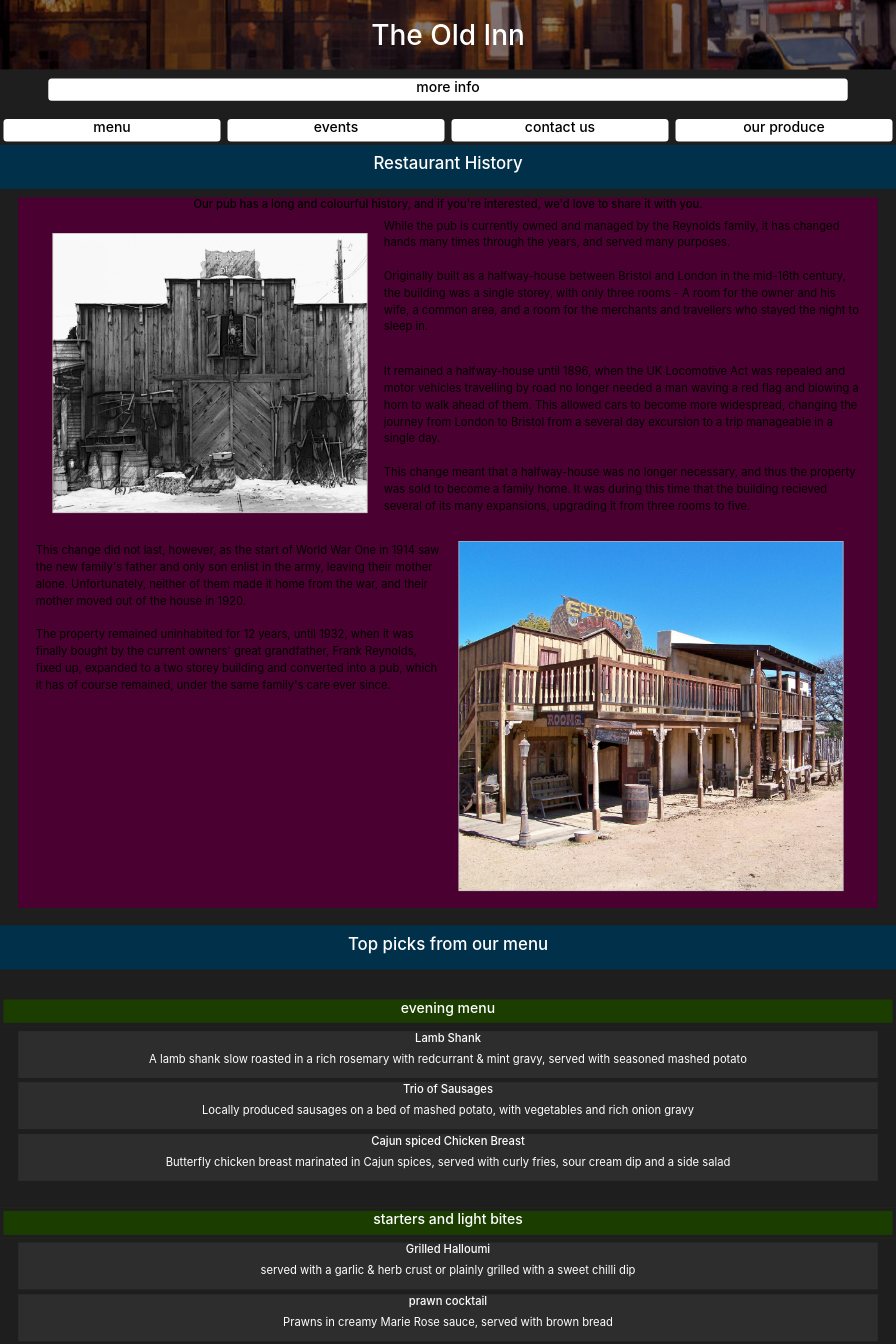
Repository: Code-Institute-Submissions/JamesLStudent-Milestone_One
Page: index.html
The author's editor kept a record of every edit. The page is drawn from the files as they stood at one moment, then again after the next edit.
The browser window is 1280 px wide. The pictures show the part of the page from y = 0 to 1920 px (the page is 3630 px tall before and 720 px after), at 70% of full size.

Above is the page before.
Console error: TypeError: Cannot read properties of undefined (reading 'fn')

### index.html
<!DOCTYPE html>
<html lang="en">

<head>
    <meta charset="UTF-8">
    <meta name="viewport" content="width=device-width, initial-scale=1.0">
    <meta http-equiv="X-UA-Compatible" content="ie=edge">
    <title>Welcome to The Old Inn</title>
    <link href="Assets/main.css" rel="stylesheet" type="text/css" />
    <link rel="stylesheet" href="https://stackpath.bootstrapcdn.com/bootstrap/4.3.1/css/bootstrap.min.css" integrity="sha384-ggOyR0iXCbMQv3Xipma34MD+dH/1fQ784/j6cY/iJTQUOhcWr7x9JvoRxT2MZw1T" crossorigin="anonymous">
    <script src="https://stackpath.bootstrapcdn.com/bootstrap/4.3.1/js/bootstrap.min.js" integrity="sha384-JjSmVgyd0p3pXB1rRibZUAYoIIy6OrQ6VrjIEaFf/nJGzIxFDsf4x0xIM+B07jRM" crossorigin="anonymous"></script>
</head>

<body class="bg">
    <div class="index-h1-background">
        <h1>The Old Inn</h1>
    </div>

    <input id="check01" type="checkbox" name="menu" />
    <label class="black-text navigation-menu" for="check01"><h5>more info</h5></label>
    <ul class="submenu">
        <li>
            <a href="menu.html">
                <div class="col-6 col-md-12 col-lg-3 navigation-item black-text">
                    <h5>menu</h5>
                </div>
            </a>
            <a href="events.html">
                <div class="col-6 col-md-12 col-lg-3 navigation-item black-text">
                    <h5>events</h5>
                </div>
            </a>
            <a href="contacts.html">
                <div class="col-12 col-md-12 col-lg-3 navigation-item black-text">
                    <h5>contact us</h5>
                </div>
            </a>
            <a href="produce.html">
                <div class="col-12 col-md-12 col-lg-3 navigation-item black-text">
                    <h5>our produce</h5>
                </div>
            </a>
        </li>
    </ul>
    <div class="desktop-nav">
        <a href="menu.html">
            <div class="col-6 col-md-12 col-lg-3 navigation-item black-text">
                <h5>menu</h5>
            </div>
        </a>
        <a href="events.html">
            <div class="col-6 col-md-12 col-lg-3 navigation-item black-text">
                <h5>events</h5>
            </div>
        </a>
        <a href="contacts.html">
            <div class="col-12 col-md-12 col-lg-3 navigation-item black-text">
                <h5>contact us</h5>
            </div>
        </a>
        <a href="produce.html">
            <div class="col-12 col-md-12 col-lg-3 navigation-item black-text">
                <h5>our produce</h5>
            </div>
        </a>
    </div>

    <div class="centerer">
        <div class="subtitle no-margin">
            <h4>Restaurant History</h4>
        </div>
        <div class="history">
            <h6 class="black-text">Our pub has a long and colourful history, and if you're interested, we'd love to share it with you.</h6>
            <div>
                <img class="history-img-one" />
                <p class="black-text left-align">
                    While the pub is currently owned and managed by the Reynolds family, it has changed hands many times through the years, and served many purposes.</br>
                    </br>
                    Originally built as a halfway-house between Bristol and London in the mid-16th century, the building was a single storey, with only three rooms - A room for the owner and his wife, a common area, and a room for the merchants and travellers who stayed
                    the night to sleep in.
                    </br>
                </p>
            </div>
            <p class="black-text left-align">
                </br>
                It remained a halfway-house until 1896, when the UK Locomotive Act was repealed and motor vehicles travelling by road no longer needed a man waving a red flag and blowing a horn to walk ahead of them. This allowed cars to become more widespread, changing
                the journey from London to Bristol from a several day excursion to a trip manageable in a single day.</br>
                </br>This change meant that a halfway-house was no longer necessary, and thus the property was sold to become a family home. It was during this time that the building recieved several of its many expansions, upgrading it from three rooms to
                five.
            </p>
            <img class="history-img-two" />
            <p class="black-text left-align">
                </br>This change did not last, however, as the start of World War One in 1914 saw the new family's father and only son enlist in the army, leaving their mother alone. Unfortunately, neither of them made it home from the war, and their mother
                moved out of the house in 1920.</br>
                </br>
                The property remained uninhabited for 12 years, until 1932, when it was finally bought by the current owners' great grandfather, Frank Reynolds, fixed up, expanded to a two storey building and converted into a pub, which it has of course remained, under
                the same family's care ever since.
            </p>
        </div>
        <div class="spacer"></div>
        <div class="subtitle">
            <h4>Top picks from our menu</h4>
        </div>
        <div class="title-link">
            <a class="no-deco" href="menu.html#evening">
                <h5 class="white-text">
                    evening menu
                </h5>
            </a>
        </div>
        <div class="alt-link">
            <h6>
                Lamb Shank
            </h6>
            <p>
                A lamb shank slow roasted in a rich rosemary with redcurrant & mint gravy, served with seasoned mashed potato
            </p>
        </div>
        <div class="alt-link">
            <h6>
                Trio of Sausages
            </h6>
            <p>
                Locally produced sausages on a bed of mashed potato, with vegetables and rich onion gravy
            </p>
        </div>
        <div class="alt-link">
            <h6>
                Cajun spiced Chicken Breast
            </h6>
            <p>
                Butterfly chicken breast marinated in Cajun spices, served with curly fries, sour cream dip and a side salad
            </p>
        </div>
        <div class="title-link">
            <a class="no-deco" href="menu.html#starters">
                <h5 class="white-text">
                    starters and light bites
                </h5>
            </a>
        </div>
        <div class="alt-link">
            <h6>
                Grilled Halloumi
            </h6>
            <p>
                served with a garlic & herb crust or plainly grilled with a sweet chilli dip
            </p>
        </div>
        <div class="alt-link">
            <h6>
                prawn cocktail
            </h6>
            <p>
                Prawns in creamy Marie Rose sauce, served with brown bread
            </p>
        </div>
        <div class="alt-link">
            <h6>
                grilled halloumi
            </h6>
            <p>
                served with a garlic & herb crust or plainly grilled with a sweet chilli dip
            </p>
        </div>
        <div class="title-link">
            <a class="no-deco" href="menu.html#sunday">
                <h5 class="white-text">
                    sunday menu
                </h5>
            </a>
        </div>
        <div class="alt-link">
            <h6>
                Roast Beef
            </h6>
            <p>
                Served with carrots, green beans, peas and broccoli, with or without beef gravy
            </p>
        </div>
        <div class="alt-link">
            <h6>
                Roast Chicken
            </h6>
            <p>
                Served with carrots, green beans, peas and broccoli, with or without chicken gravy
            </p>
        </div>
        <div class="alt-link">
            <h6>
                Roast Lamb
            </h6>
            <p>
                Served with carrots, green beans, peas and broccoli, with or without redcurrant and mint gravy
            </p>
        </div>
        <div class="title-link">
            <a class="no-deco" href="menu.html#vegan">
                <h5 class="white-text">
                    vegan/vegetarian options
                </h5>
            </a>
        </div>
        <div class="alt-link">
            <h6>
                Mixed Bean Chilli
            </h6>
            <p>
                Served with rice, salad, sour cream & tortilla chips
            </p>
        </div>
        <div class="alt-link">
            <h6>
                Roast Vegetable Wraps
            </h6>
            <p>
                Two flour tortillas filled with roasted vegetables in a fresh leek sauce, served with curly fries and optionally topped with melted stilton and served with sour cream
            </p>
        </div>
        <div class="alt-link">
            <h6>
                Old Inn Sweet Potato Burger
            </h6>
            <p>
                In a Brioche Bun on a bed of gem lettuce & tomato, served with chips, onion rings, side salad and tomato relish, melted mozarella is optional</div>
        </p>
        <div class="title-link">
            <a class="no-deco" href="menu.html#specials">
                <h5 class="white-text">
                    specials this week
                </h5>
            </a>
        </div>
        <div class="alt-link">
            <h6>
                Chicken Breast Stuffed with Tomato and Mozarella
            </h6>
            <p>
                Served with a warm basil dressing, ratatouille & new
            </p>
        </div>
        <div class="alt-link">
            <h6>
                Deep Fried Garlic Cauliflower Balls
            </h6>
            <p>
                Served with garlic parsley vegan mayo
            </p>
        </div>
        <div class="alt-link">
            <h6>
                Wild Mushroom, Leek & Parmesan Risotto
            </h6>
        </div>
        <div class="title-link">
            <a class="no-deco" href="menu.html#drinks">
                <h5 class="white-text">
                    drinks
                </h5>
            </a>
        </div>
        <div class="alt-link">
            <h6>
                Punk IPA
            </h6>
            <p>
                Light gold in colour, a perfect match for spicy food or an excellent compliment to a blue cheese
            </p>
        </div>
        <div class="alt-link">
            <h6>
                Doombar bitter
            </h6>
            <p>
                A creamy, nutty malt with a dry finish.
            </p>
        </div>
        <div class="alt-link">
            <h6>
                Gem amber ale
            </h6>
            <p>
                A creamy, nutty malt with a dry finish
            </p>
        </div>
        <footer>
            <div class="footer">
                <div class="col-12 footer-div text-muted">
                    <h5>contact</h5>
                </div>
                <div class="col-12 col-md-6 col-lg-8 left footer-div text-muted left-align">
                    <h6>opening times</h6>
                    <p class="left-align">
                        </br>
                        Mon - Thu: 11:00 - 23:00</br>
                        Fri - Sat: 11:00 - 00:00</br>
                        Sun: 12:00 - 22:30</br>
                        </br>
                    </p>
                    <h6>food served</h6>
                    <p class="left-align">
                        </br>
                        Mon - Fri: 12:00 - 14:30, 17:00 - 21:00</br>
                        Sat: 12:00 - 21:00</br>
                        Sun: 12:00 - 15:00, 17:30 - 20:00</p>
                </div>
                <div class="col-12 col-md-6 col-lg-4 left footer-div text-muted left-align">
                    <h6>contact details</h6>
                    <p class="left-align">
                        </br>Fake Street, Coalpit Heath, Bristol, FA73 0NE</br>01454 123456</br>
                        info@oldinncoalpitheath.co.uk</p>
                    <h6>
                        </br>follow us</h6>
                    <p>
                        </br>facebook link</p>
                </div>
            </div>
        </footer>
    </div>
</body>

</html>

### Assets/main.css
/*----------------- STYLES APPEARING ON MULTIPLE PAGES -----------------*/

.bg {
    position: absolute;
    top: 0;
    left: 0;
    bottom: 0;
    right: 0;
    display: block;
    background-color: #1e1e1e;
}

h1 {
    text-align: center;
    min-height: 40px;
    height: auto;
    padding: 2% 0 2% 0;
    color: #FFFFFF;
    background: rgba(0, 0, 0, 0.5);
}

.subtitle {
    text-align: center;
    padding: 3% 0 3% 0;
    margin: 5% 0 0 0;
    display: inline-block;
    width: 100%;
    min-height: 15px;
    height: auto;
    background-color: #00304A;
    color: #FFFFFF;
}

.sub-box {
    background-color: #1B3E00;
    height: auto;
    border: 5px solid #1e1e1e;
    line-height: 100%;
    margin-top: 3%;
    min-height: 6%;
    height: auto;
    color: #FFFFFF;
    text-decoration: none;
}

.black-text {
    color: black;
}

.white-text {
    color: #FFFFFF;
}

footer {
    min-height: 20%;
    height: auto;
    display: block;
    bottom: 0;
    position: relative;
}

.footer {
    display: inline-block;
    margin-top: 5%;
    width: 100%;
    min-height: 100%;
    height: auto;
    background-color: #141414;
}

.centerer {
    height: 100%;
    text-align: center;
}

.left {
    float: left;
}

.right {
    float: right;
}

.clear {
    padding: 0;
    margin: 0;
}

.footer-div {
    padding: 2%;
}

.left-align {
    text-align: left;
}

.inline {
    display: inline-block;
}

.no-deco {
    text-decoration: none;
}

.no-deco:hover {
    text-decoration: none;
}

/*----------------- MAIN NAV ITEM -----------------*/

ul {
    list-style: none;
    padding: 0;
}

.navigation-item {
    background-color: #FFFFFF;
    float: left;
    text-align: center;
    border-radius: 10px;
    border: 5px solid #1e1e1e;
}

.navigation-item:hover {
    text-decoration: none;
    background-color: #383838;
    color: #FFFFFF;
}

.navigation-menu {
    background-color: #FFFFFF;
    text-align: center;
    border-radius: 10px;
    border: 5px solid #1e1e1e;
    width: 90%;
    margin: 0 5% 0 5%;
}

.no-margin {
    margin-top: 0 !important;
}

.desktop-nav {
    display: none;
}

.navigation-menu:hover {
    text-decoration: none;
    background-color: #383838;
    color: #FFFFFF;
}

input {
    display: none;
}

ul.submenu {
    max-height: 0;
    overflow: hidden;
}

label {
    position: relative;
    display: block;
    cursor: pointer;
}

input:checked~ul.submenu {
    max-height: 300px;
}

/*----------------- HOMEPAGE STYLE -----------------*/

.history {
    margin: 5% 2% 0 2%;
    display: inline-block;
    text-align: center;
    width: 96%;
    min-height: 50%;
    height: auto;
    background-color: #4A0030;
    padding: 0 2% 0 2%;
}

.alt-link {
    margin: 1% 2% 0% 2%;
    display: inline-block;
    text-align: center;
    width: 96%;
    min-height: 5%;
    height: auto;
    background-color: #2D2D2D;
    color: #FFFFFF;
}

.title-link {
    background-color: #1B3E00;
    height: auto;
    border: 5px solid #1e1e1e;
    line-height: 100%;
    margin-top: 3%;
    min-height: 6%;
    color: #FFFFFF;
    text-decoration: none;
}

.title-link:hover {
    background-color: #1C3906;
    color: #FFFFFF;
    text-decoration: none;
}

.index-h1-background {
    background-image: url("./images/index-h1.jpg");
    background-position: center;
    background-repeat: no-repeat;
    background-size: cover;
    min-height: auto;
}

.history-img-one {
    background-image: url("./images/history-1.jpg");
    background-position: center;
    background-repeat: no-repeat;
    background-size: cover;
    height: 200px;
    width: 250px;
}

.history-img-two {
    background-image: url("./images/history-2.jpg");
    background-position: center;
    background-repeat: no-repeat;
    background-size: cover;
    height: 200px;
    width: 250px;
}

/*----------------- MENU STYLE -----------------*/

.small-link {
    line-height: 100%;
    display: inline-block;
    text-align: center;
    height: auto;
    background-color: #4A0030;
    border-radius: 10px;
    border: 5px solid #1e1e1e;
    color: #FFFFFF;
}

.small-link:hover {
    text-decoration: none;
    color: #FFFFFF;
    background-color: #320121;
}

.food {
    width: 30%;
    float: left;
    padding: 0;
}

.food-desc {
    width: 50%;
    float: left;
    border-left: 1px solid white;
    border-right: 1px solid white;
}

.food-cost {
    width: 20%;
    float: left;
}

.vert-align {
    position: relative;
    top: 50%;
    transform: translateY(-50%);
}

.menu-h1-background {
    background-image: url("./images/menu-h1.jpg");
    background-position: center;
    background-repeat: no-repeat;
    background-size: cover;
    min-height: auto;
}

/*----------------- EVENTS STYLE -----------------*/

.img-text {
    background-color: #304A00;
    height: auto;
    border-bottom: 5px solid #1e1e1e;
    border-right: 5px solid #1e1e1e;
    border-left: 5px solid #1e1e1e;
    line-height: 100%;
}

.image {
    height: auto;
    width: 96%;
    margin: 2% 2% 0 2%;
    background-color: #FFFFFF;
    overflow: hidden;
}

.spacer {
    margin-top: 5%;
}

.events-h1-background {
    background-image: url("./images/events-h1.jpg");
    background-position: center;
    background-repeat: no-repeat;
    background-size: cover;
    min-height: auto;
}

.moth-day {
    background-image: url("./images/moth-day.jpg");
}

.fath-day {
    background-image: url("./images/fath-day.jpg");
}

.christmas {
    background-image: url("./images/christmas.png");
}

.easter {
    background-image: url("./images/easter.jpg");
}

.events-img {
    background-position: center;
    background-repeat: no-repeat;
    background-size: cover;
    height: 150px;
    width: 290px;
}

/*----------------- PRODUCE STYLE -----------------*/

.produce {
    padding: 0 3% 0 3%;
}

.produce-h1-background {
    background-image: url("./images/produce-h1.jpg");
    background-position: center;
    background-repeat: no-repeat;
    background-size: cover;
    min-height: auto;
}

/*----------------- CONTACTS STYLE -----------------*/

.contacts-h1-background {
    background-image: url("./images/contacts-h1.jpg");
    background-position: center;
    background-repeat: no-repeat;
    background-size: cover;
    min-height: auto;
}

.map {
    width: 90%;
    height: 85%;
    margin: 0 5% 0 5%;
}

/*----------------- TABLET MEDIA QUERIES -----------------*/

@media (min-width: 768px) {
    .footer {
        margin-top: 3%;
    }
    .history {
        margin-top: 3%;
    }
    .alt-link {
        margin-top: 1%;
    }
    .subtitle {
        margin-top: 2.5%;
        padding: 1% 0 1% 0;
    }
    .spacer {
        margin-top: 3%;
    }
    .sub-box {
        margin-top: 2%;
    }
    .history-img-one {
        height: 400px;
        width: 450px;
    }
    .history-img-two {
        height: 500px;
        width: 550px;
    }
    .events-img {
        height: 190px;
        width: 730px;
    }
}

/*----------------- DESKTOP MEDIA QUERIES -----------------*/

@media (min-width: 992px) {
    .desktop-nav {
        display: block;
    }
    .dropdown-vis {
        display: none;
    }
    .footer {
        margin-top: 2%;
    }
    .history {
        margin-top: 1%;
    }
    .alt-link {
        margin-top: 0.5%;
    }
    .subtitle {
        margin-top: 1%;
    }
    .spacer {
        margin-top: 1%;
    }
    .sub-box {
        margin-top: 0.5%;
    }
    .history-img-one {
        margin: 2% 2% 2% 2%;
        float: left;
    }
    .history-img-two {
        margin: 2% 2% 2% 2%;
        float: right;

    }
    .events-img {
        height: 230px;
        width: 1220px;
    }
}

After the next edit:
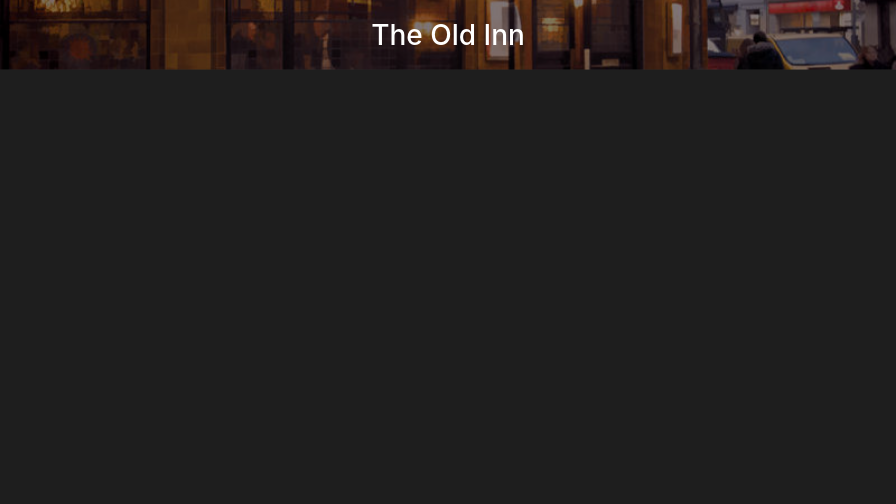
The edit:
--- a/index.html
+++ b/index.html
@@ -15,7 +15,7 @@
     <div class="index-h1-background">
         <h1>The Old Inn</h1>
     </div>
-
+    <div class="dropdown-vis">
     <input id="check01" type="checkbox" name="menu" />
     <label class="black-text navigation-menu" for="check01"><h5>more info</h5></label>
     <ul class="submenu">
